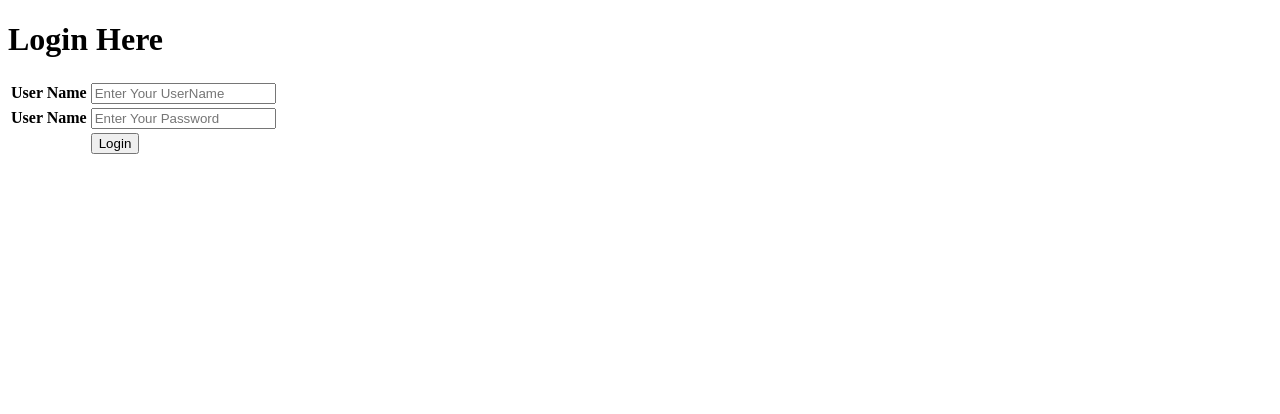
Repository: NitSharma87/Advance-Java
Page: http://localhost/Servlet_Excercise/LoginView.jsp
The author's editor kept a copy of each file at every save. The page is drawn from the files as they stood at one save, then again after the next save.
The browser window is 1280 px wide. The pictures show the whole page.
The page is served by Tomcat 10. Other server files are loaded and not shown.

Above is the page before, as saved 2026-07-07 10:34:20.

### Servlet Excercise/src/main/webapp/LoginView.jsp
<%@ page language="java" contentType="text/html; charset=UTF-8"
    pageEncoding="UTF-8"%>
<!DOCTYPE html>
<html>
<head>
<meta charset="UTF-8">
<title>Insert title here</title>
</head>
<body>
<h1>Login Here</h1>
<form action="/LoginCtl" method="get">
<table>
<tr>
<th>User Name</th>
<td><input type="text" name="login" placeholder="Enter Your UserName"></td>
</tr>

<tr>
<th>User Name</th>
<td><input type="password" name="password" placeholder="Enter Your Password"></td>
</tr>

<tr>
<th></th>
<td><input type="submit" value="Login"></td>
</tr>



</table>




</form>
</body>
</html>

### Servlet Excercise/src/main/webapp/Header.jsp
<%@ page language="java" contentType="text/html; charset=UTF-8"
	pageEncoding="UTF-8"%>
<!DOCTYPE html>
<html>
<head>
<meta charset="UTF-8">

<title>Insert title here</title>
</head>
<body>
<nav class="navbar navbar-expand-lg navbar-white bg-dark">
  <div class="container-fluid">
    <a class="navbar-brand" href="#">Navbar</a>
    <button class="navbar-toggler" type="button" data-bs-toggle="collapse" data-bs-target="#navbarSupportedContent" aria-controls="navbarSupportedContent" aria-expanded="false" aria-label="Toggle navigation">
      <span class="navbar-toggler-icon"></span>
    </button>
    <div class="collapse navbar-collapse" id="navbarSupportedContent">
      <ul class="navbar-nav me-auto mb-2 mb-lg-0">
        <li class="nav-item">
          <a class="nav-link active" aria-current="page" href="#">Home</a>
        </li>
        <li class="nav-item">
          <a class="nav-link" href="#">Link</a>
        </li>
        <li class="nav-item dropdown">
          <a class="nav-link dropdown-toggle" href="#" id="navbarDropdown" role="button" data-bs-toggle="dropdown" aria-expanded="false">
            Dropdown
          </a>
          <ul class="dropdown-menu" aria-labelledby="navbarDropdown">
            <li><a class="dropdown-item" href="#">Action</a></li>
            <li><a class="dropdown-item" href="#">Another action</a></li>
            <li><hr class="dropdown-divider"></li>
            <li><a class="dropdown-item" href="#">Something else here</a></li>
          </ul>
        </li>

      </ul>
      <form class="d-flex">
        <input class="form-control me-2" type="search" placeholder="Search" aria-label="Search">
        <button class="btn btn-outline-success" type="submit">Search</button>
      </form>
    </div>
  </div>
</nav>





</body>
</html>

After the next save:
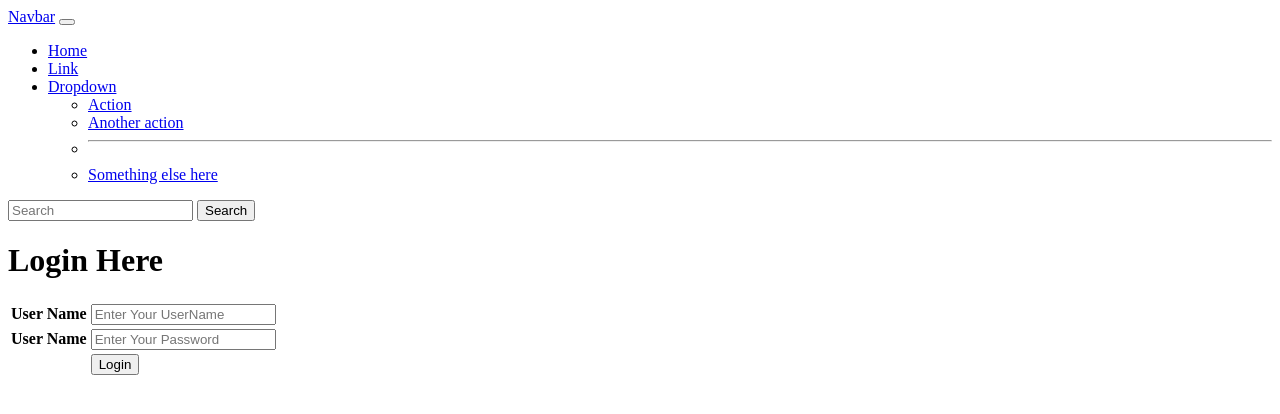
Saved 2 min 56 s later.
--- a/Servlet Excercise/src/main/webapp/LoginView.jsp
+++ b/Servlet Excercise/src/main/webapp/LoginView.jsp
@@ -1,5 +1,5 @@
 <%@ page language="java" contentType="text/html; charset=UTF-8"
-    pageEncoding="UTF-8"%>
+	pageEncoding="UTF-8"%>
 <!DOCTYPE html>
 <html>
 <head>
@@ -7,31 +7,35 @@
 <title>Insert title here</title>
 </head>
 <body>
-<h1>Login Here</h1>
-<form action="/LoginCtl" method="get">
-<table>
-<tr>
-<th>User Name</th>
-<td><input type="text" name="login" placeholder="Enter Your UserName"></td>
-</tr>
+<%@ include file ="Header.jsp" %>
+	<h1>Login Here</h1>
+	<form action="/LoginCtl" method="get">
+		<table>
+			<tr>
+				<th>User Name</th>
+				<td><input type="text" name="login"
+					placeholder="Enter Your UserName"></td>
+			</tr>
 
-<tr>
-<th>User Name</th>
-<td><input type="password" name="password" placeholder="Enter Your Password"></td>
-</tr>
+			<tr>
+				<th>User Name</th>
+				<td><input type="password" name="password"
+					placeholder="Enter Your Password"></td>
+			</tr>
 
-<tr>
-<th></th>
-<td><input type="submit" value="Login"></td>
-</tr>
+			<tr>
+				<th></th>
+				<td><input type="submit" value="Login"></td>
+			</tr>
 
 
 
-</table>
+		</table>
 
 
 
 
-</form>
+	</form>
+
 </body>
 </html>
